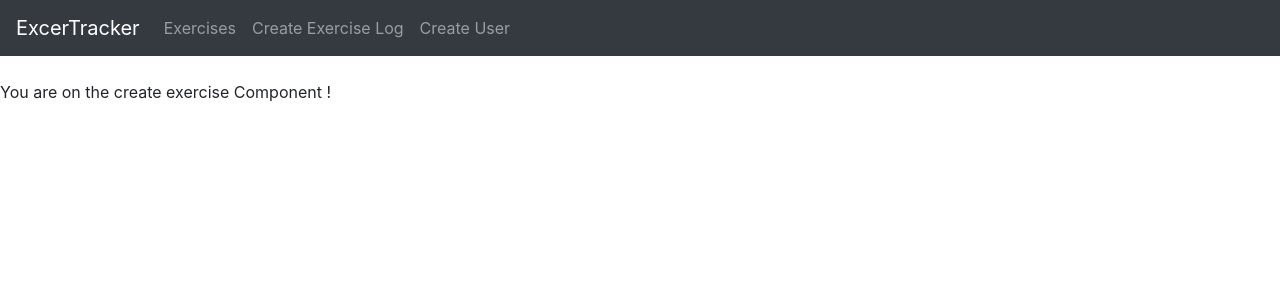
Repository: AnkurDevv/mern-exercise-app
Page: /create
These files come from the project's save history. The page is drawn as it stood at one moment and after the next save; the edit follows.
The browser window is 1280 px wide. The pictures show the whole page.
The project was rebuilt for these pictures with package versions that can differ from the ones it lists, and the page was loaded fresh each time. Also part of the build but not shown: src/components/exercise-list.component.js, src/components/edit-exercises.component.js, src/components/create-user.component.js.

Above is the page before, as saved 2019-11-01 23:03:23.

After the next save:
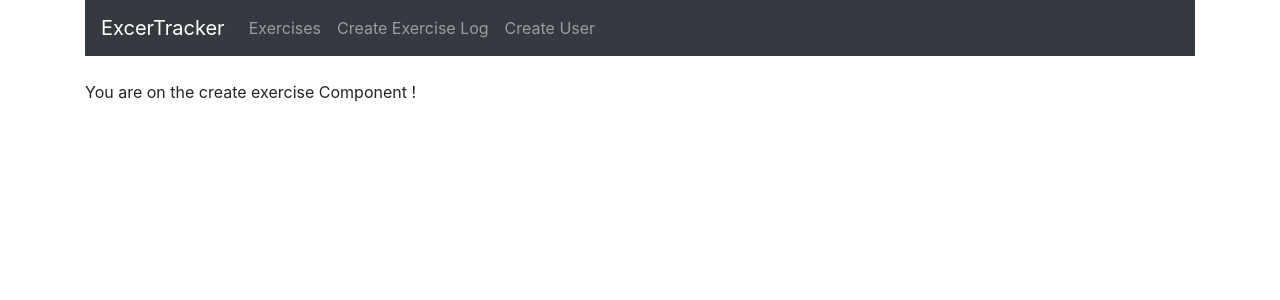
Saved 115 s later.
--- a/src/App.js
+++ b/src/App.js
@@ -13,14 +13,16 @@ import CreateUser from "./components/create-user.component";
 
 function App() {
   return (
-    <Router>
-      <Navbar />
-      <br />
-      <Route path="/" exact component={ExcerciseList} />
-      <Route path="/edit/:id" exact component={EditExcercise} />
-      <Route path="/create" exact component={CreateExcercise} />
-      <Route path="/user" exact component={CreateUser} />
-    </Router>
+    <div class="container">
+      <Router>
+        <Navbar />
+        <br />
+        <Route path="/" exact component={ExcerciseList} />
+        <Route path="/edit/:id" exact component={EditExcercise} />
+        <Route path="/create" exact component={CreateExcercise} />
+        <Route path="/user" exact component={CreateUser} />
+      </Router>
+    </div>
   );
 }
 
